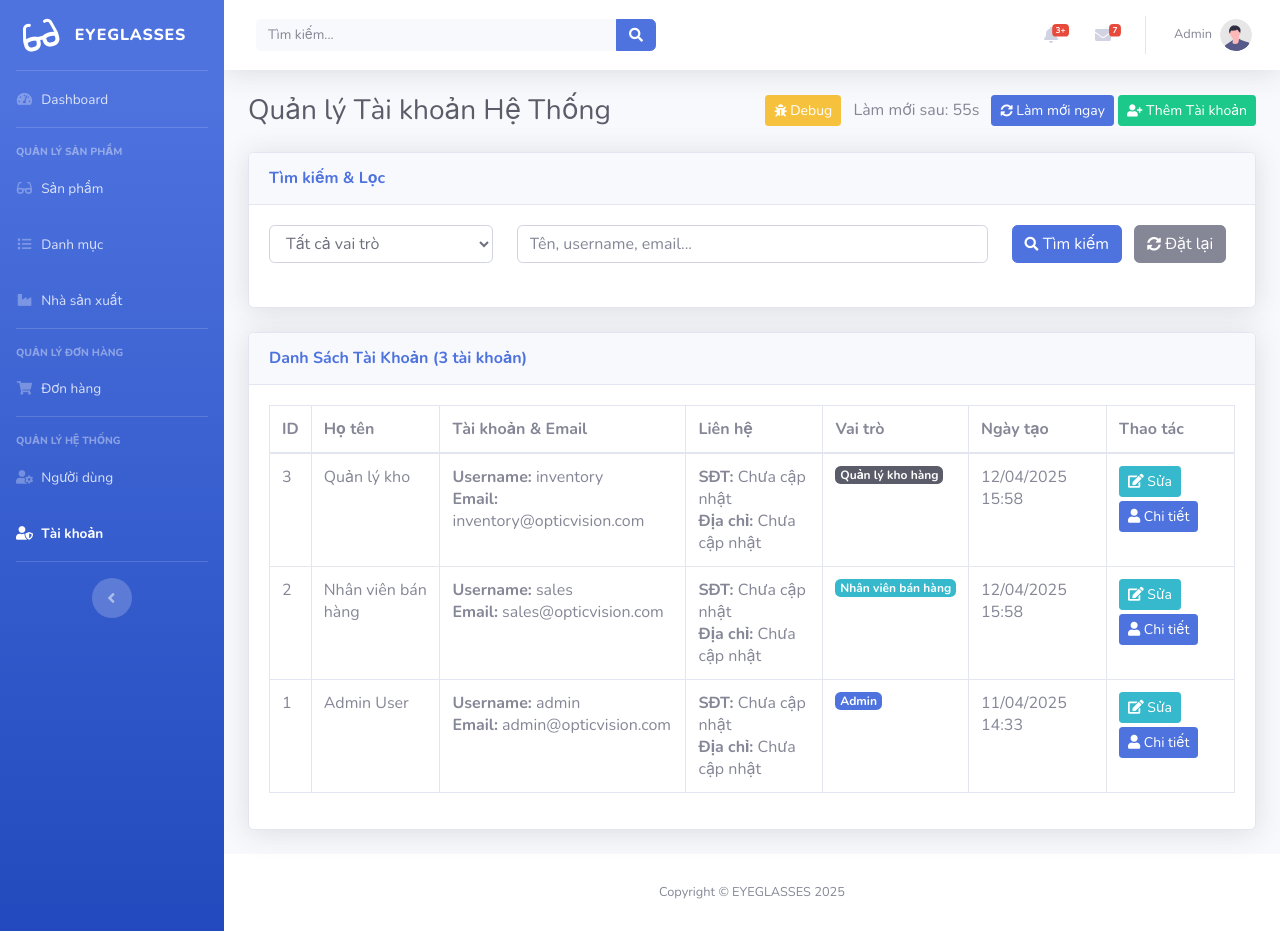
Repository: Giau-svg/glasses-store
Page: http://localhost/admin/accounts/index.php
These files come from the project's save history. The page is drawn as it stood at one moment and after the next save; the edit follows.
The browser window is 1280 px wide. The pictures show the whole page.
The page is run by PHP 8.4 with error messages shown; the project is at /var/www/html/. The session is filled in as if someone had signed in: {"staff_user_id": 1, "staff_name": "admin", "staff_role": 1, "customer_id": 1, "customer_name": "admin", "admin_user_id": 1, "admin_name": "admin", "admin_full_name": "admin", "admin_role": "admin", "admin_level": 1}. The database holds what the project's SQL file puts in it.

Above is the page before, as saved 2025-05-08 15:13:04.

After the next save:
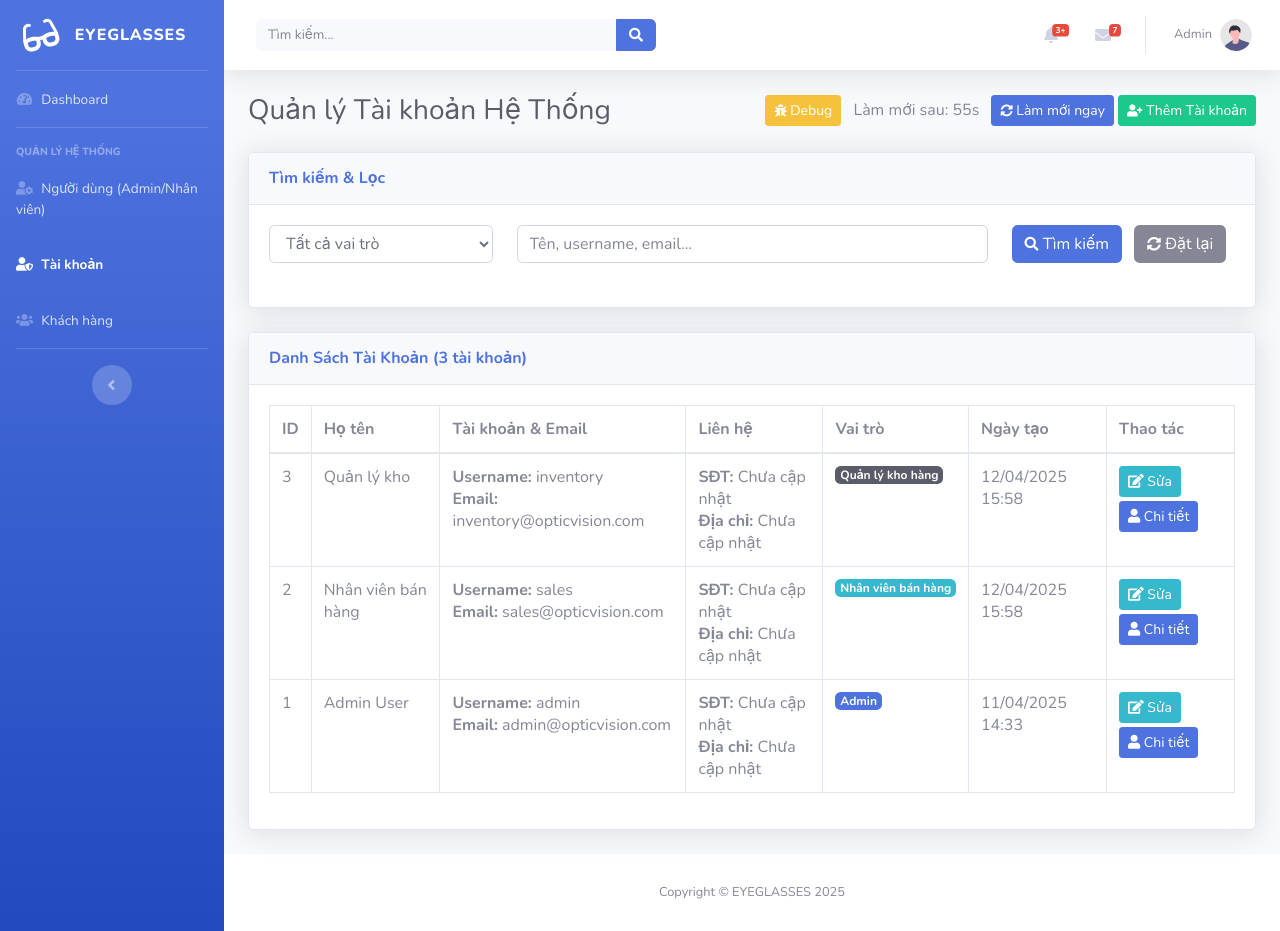
Saved 27 min 31 s later.
--- a/admin/partials/sidebar.php
+++ b/admin/partials/sidebar.php
@@ -40,54 +40,6 @@
 
     <!-- Heading -->
     <div class="sidebar-heading">
-        Quản lý sản phẩm
-    </div>
-
-    <!-- Nav Item - Products -->
-    <li class="nav-item <?php echo $is_products ? 'active' : ''; ?>">
-        <a class="nav-link" href="../products/index.php">
-            <i class="fas fa-fw fa-glasses"></i>
-            <span>Sản phẩm</span>
-        </a>
-    </li>
-
-    <!-- Nav Item - Categories -->
-    <li class="nav-item <?php echo $is_categories ? 'active' : ''; ?>">
-        <a class="nav-link" href="../categories/index.php">
-            <i class="fas fa-fw fa-list"></i>
-            <span>Danh mục</span>
-        </a>
-    </li>
-
-    <!-- Nav Item - Manufacturers -->
-    <li class="nav-item <?php echo $is_manufactures ? 'active' : ''; ?>">
-        <a class="nav-link" href="../manufactures/index.php">
-            <i class="fas fa-fw fa-industry"></i>
-            <span>Nhà sản xuất</span>
-        </a>
-    </li>
-
-    <!-- Divider -->
-    <hr class="sidebar-divider">
-
-    <!-- Heading -->
-    <div class="sidebar-heading">
-        Quản lý đơn hàng
-    </div>
-
-    <!-- Nav Item - Orders -->
-    <li class="nav-item <?php echo $is_orders ? 'active' : ''; ?>">
-        <a class="nav-link" href="../orders/index.php">
-            <i class="fas fa-fw fa-shopping-cart"></i>
-            <span>Đơn hàng</span>
-        </a>
-    </li>
-
-    <!-- Divider -->
-    <hr class="sidebar-divider">
-
-    <!-- Heading -->
-    <div class="sidebar-heading">
         Quản lý hệ thống
     </div>
 
@@ -95,7 +47,7 @@
     <li class="nav-item <?php echo $is_users ? 'active' : ''; ?>">
         <a class="nav-link" href="../users/index.php">
             <i class="fas fa-fw fa-user-cog"></i>
-            <span>Người dùng</span>
+            <span>Người dùng (Admin/Nhân viên)</span>
         </a>
     </li>
 
@@ -104,6 +56,14 @@
         <a class="nav-link" href="../accounts/index.php">
             <i class="fas fa-fw fa-user-shield"></i>
             <span>Tài khoản</span>
+        </a>
+    </li>
+
+    <!-- Nav Item - Customers -->
+    <li class="nav-item">
+        <a class="nav-link" href="../customers/index.php">
+            <i class="fas fa-fw fa-users"></i>
+            <span>Khách hàng</span>
         </a>
     </li>
 
